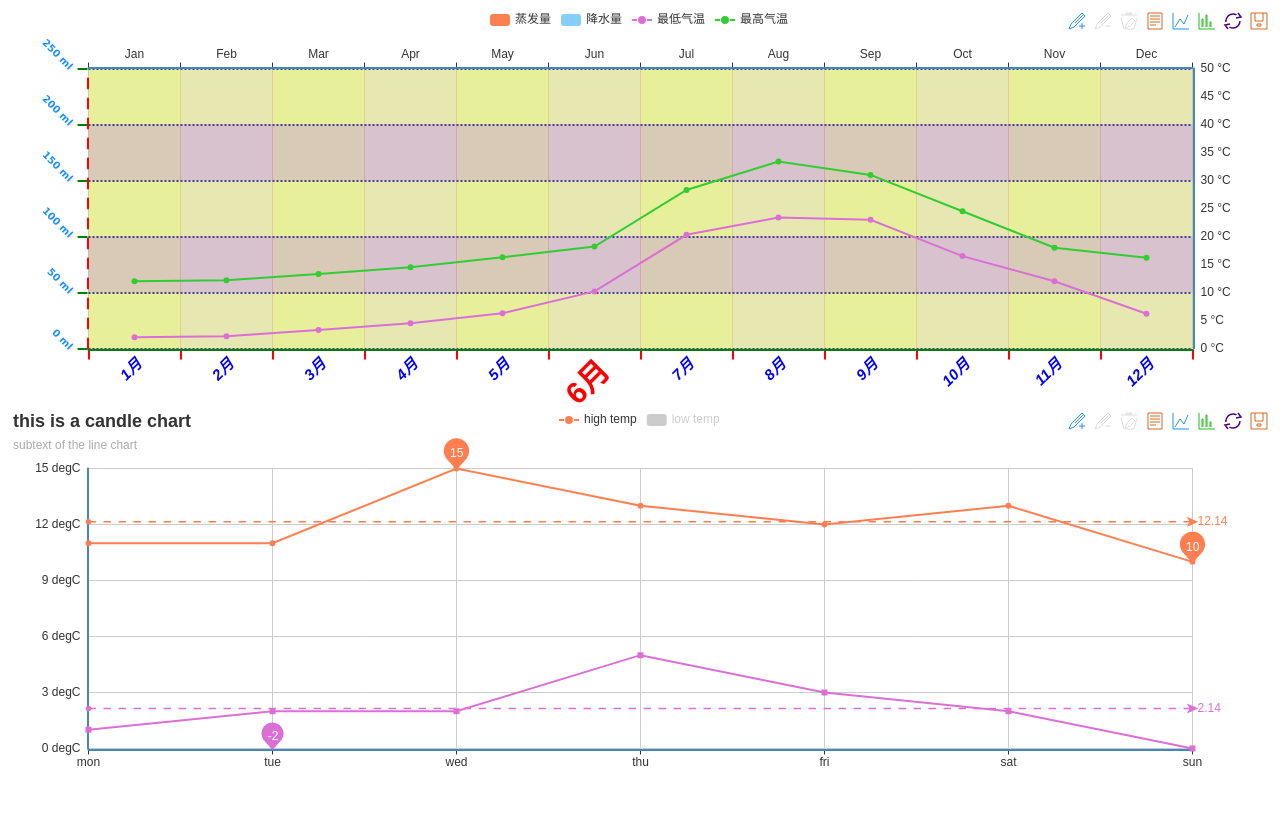
Repository: shutterfly2011/apache
Page: eChartTest/WebContent/eChart1.html
These files come from the project's save history. The page is drawn as it stood at one moment and after the next save; the edit follows.
The browser window is 1280 px wide. The pictures show the whole page.

Above is the page before, as saved 2015-10-02 02:44:43.

### eChartTest/WebContent/eChart1.html
<!DOCTYPE html>
<head>
    <meta charset="utf-8">
    <title>ECharts</title>
</head>
<body>
    <!-- Prepare a Dom with size (width and height) for ECharts -->
    <div id="mainChart" style="height:400px"></div>
    <div id="2ndChart" style="height:400px"></div>
    <!-- ECharts import -->
    <script src="js/echarts.js"></script>
    <script type="text/javascript">
        // configure for module loader
        require.config({
            paths: {
                echarts: 'js'
            }
        });

        // use
        require(
            [
                'echarts',
                'echarts/chart/line', 'echarts/chart/line' // require the specific chart type
            ],
            function (ec) {
                // Initialize after dom ready
                var myChart = ec.init(document.getElementById('mainChart'));

                option = {
                	    tooltip : {
                	        trigger: 'axis'
                	    },
                	    legend: {
                	        data:['蒸发量','降水量','最低气温','最高气温']
                	    },
                	    toolbox: {
                	        show : true,
                	        feature : {
                	            mark : {show: true},
                	            dataView : {show: true},
                	            magicType : {show: true, type: ['line', 'bar']},
                	            restore : {show: true},
                	            saveAsImage : {show: true}
                	        }
                	    },
                	    xAxis : [
                	        {
                	            type : 'category',
                	            position: 'bottom',
                	            boundaryGap: true,
                	            axisLine : {    // 轴线
                	                show: true,
                	                lineStyle: {
                	                    color: 'green',
                	                    type: 'solid',
                	                    width: 2
                	                }
                	            },
                	            axisTick : {    // 轴标记
                	                show:true,
                	                length: 10,
                	                lineStyle: {
                	                    color: 'red',
                	                    type: 'solid',
                	                    width: 2
                	                }
                	            },
                	            axisLabel : {
                	                show:true,
                	                interval: 'auto',    // {number}
                	                rotate: 45,
                	                margin: 8,
                	                formatter: '{value}月',
                	                textStyle: {
                	                    color: 'blue',
                	                    fontFamily: 'sans-serif',
                	                    fontSize: 15,
                	                    fontStyle: 'italic',
                	                    fontWeight: 'bold'
                	                }
                	            },
                	            splitLine : {
                	                show:true,
                	                lineStyle: {
                	                    color: '#483d8b',
                	                    type: 'dashed',
                	                    width: 1
                	                }
                	            },
                	            splitArea : {
                	                show: true,
                	                areaStyle:{
                	                    color:['rgba(144,238,144,0.3)','rgba(135,200,250,0.3)']
                	                }
                	            },
                	            data : [
                	                '1','2','3','4','5',
                	                {
                	                    value:'6',
                	                    textStyle: {
                	                        color: 'red',
                	                        fontSize: 30,
                	                        fontStyle: 'normal',
                	                        fontWeight: 'bold'
                	                    }
                	                },
                	                '7','8','9','10','11','12'
                	            ]
                	        },
                	        {
                	            type : 'category',
                	            data : ['Jan','Feb','Mar','Apr','May','Jun','Jul','Aug','Sep','Oct','Nov','Dec']
                	        }
                	    ],
                	    yAxis : [
                	        {
                	            type : 'value',
                	            position: 'left',
                	            //min: 0,
                	            //max: 300,
                	            //splitNumber: 5,
                	            boundaryGap: [0,0.1],
                	            axisLine : {    // 轴线
                	                show: true,
                	                lineStyle: {
                	                    color: 'red',
                	                    type: 'dashed',
                	                    width: 2
                	                }
                	            },
                	            axisTick : {    // 轴标记
                	                show:true,
                	                length: 10,
                	                lineStyle: {
                	                    color: 'green',
                	                    type: 'solid',
                	                    width: 2
                	                }
                	            },
                	            axisLabel : {
                	                show:true,
                	                interval: 'auto',    // {number}
                	                rotate: -45,
                	                margin: 18,
                	                formatter: '{value} ml',    // Template formatter!
                	                textStyle: {
                	                    color: '#1e90ff',
                	                    fontFamily: 'verdana',
                	                    fontSize: 10,
                	                    fontStyle: 'normal',
                	                    fontWeight: 'bold'
                	                }
                	            },
                	            splitLine : {
                	                show:true,
                	                lineStyle: {
                	                    color: '#483d8b',
                	                    type: 'dotted',
                	                    width: 2
                	                }
                	            },
                	            splitArea : {
                	                show: true,
                	                areaStyle:{
                	                    color:['rgba(205,92,92,0.3)','rgba(255,215,0,0.3)']
                	                }
                	            }
                	        },
                	        {
                	            type : 'value',
                	            splitNumber: 10,
                	            axisLabel : {
                	                formatter: function (value) {
                	                    // Function formatter
                	                    return value + ' °C'
                	                }
                	            },
                	            splitLine : {
                	                show: false
                	            }
                	        }
                	    ],
                	    series : [
                	        {
                	            name: '蒸发量',
                	            type: 'bar',
                	            data:[2.0, 4.9, 7.0, 23.2, 25.6, 76.7, 135.6, 162.2, 32.6, 20.0, 6.4, 3.3]
                	        },
                	        {
                	            name: '降水量',
                	            type: 'bar',
                	            data: [2.6, 5.9, 9.0, 26.4, 28.7, 70.7, 175.6, 182.2, 48.7, 18.8, 6.0, 2.3]
                	        },
                	        {
                	            name:'最低气温',
                	            type: 'line',
                	            yAxisIndex: 1,
                	            data: [2.0, 2.2, 3.3, 4.5, 6.3, 10.2, 20.3, 23.4, 23.0, 16.5, 12.0, 6.2]
                	        },
                	        {
                	            name:'最高气温',
                	            type: 'line',
                	            xAxisIndex: 1,
                	            yAxisIndex: 1,
                	            data: [12.0, 12.2, 13.3, 14.5, 16.3, 18.2, 28.3, 33.4, 31.0, 24.5, 18.0, 16.2]
                	        }
                	    ]
                	};

                // Load data into the ECharts instance
                myChart.setOption(option);
            }
        );

        require(
                [
                 'echarts',
                 'echarts/chart/line' // require the specific chart type
             ],
             function(ec2){
                var myChart = ec2.init(document.getElementById("2ndChart"));
                var option = {
                	title:{
                		text: "this is a candle chart",
                		subtext:"subtext of the line chart"
                	},
                	legend:{
                		data:['high temp','low temp']

                	},
                	toolbox:{
                		show:true,
                		feature:{
                			mark:{show:true},
                			dataView:{show:true, readOnly:false},
                			magicType:{show:true, type:['line','bar']},
                			restore:{show:true},
                			saveAsImage:{show:true}

                		}

                	},
                	calculable:true,
                	xAxis:[
                	       {
                	    	   type:'category',
                	    	   boundaryGap:false,
                	    	   data: ['mon','tue','wed','thu','fri','sat','sun']
                	       }
                	       ],
                	yAxis:[
 						{
 							type:'value',
 							axisLabel:{
 								formatter:'{value} degC'
 							}
 						}
                	       ],
                	series:[
                   	       {
                	    	   name:'high temp',
                	    	   type:'line',
                	    	   data:[11,11,15,13,12,13,10],
                	    	   markPoint:{
                	    		   data:[
                	    		         {type:'max', name:'max value'},
                	    		         {type:'min', name:'min value'}
                	    		         ]

                	    	   },
                	    	   markLine:{
                	    		   data:[
                	    	   			{type:'average', name:'average value'}
                	    		         ]
                	    	   }

                	       },
                	       {
                	    	   name:'low temperature',
                	    	   type:'line',
                	    	   data:[1,02,2,5,3,2,0],
                	    	   markPoint:{
                	    		   data:[
                	    		         {name:'week low',value:-2, xAxis:1, yAxis:-1.5}
                	    		         ]

                	    	   },
                	    	   markLine:{
                	    		   data:[{type:'average',name:'average temperature'}]
                	    	   }

                	       }
                	   ]


                };
                myChart.setOption(option);

                }

        );
    </script>
</body>

Loaded but not shown: eChartTest/WebContent/js/echarts.js (library); eChartTest/WebContent/js/chart/line.js (library); eChartTest/WebContent/js/chart/bar.js (library)

After the next save:
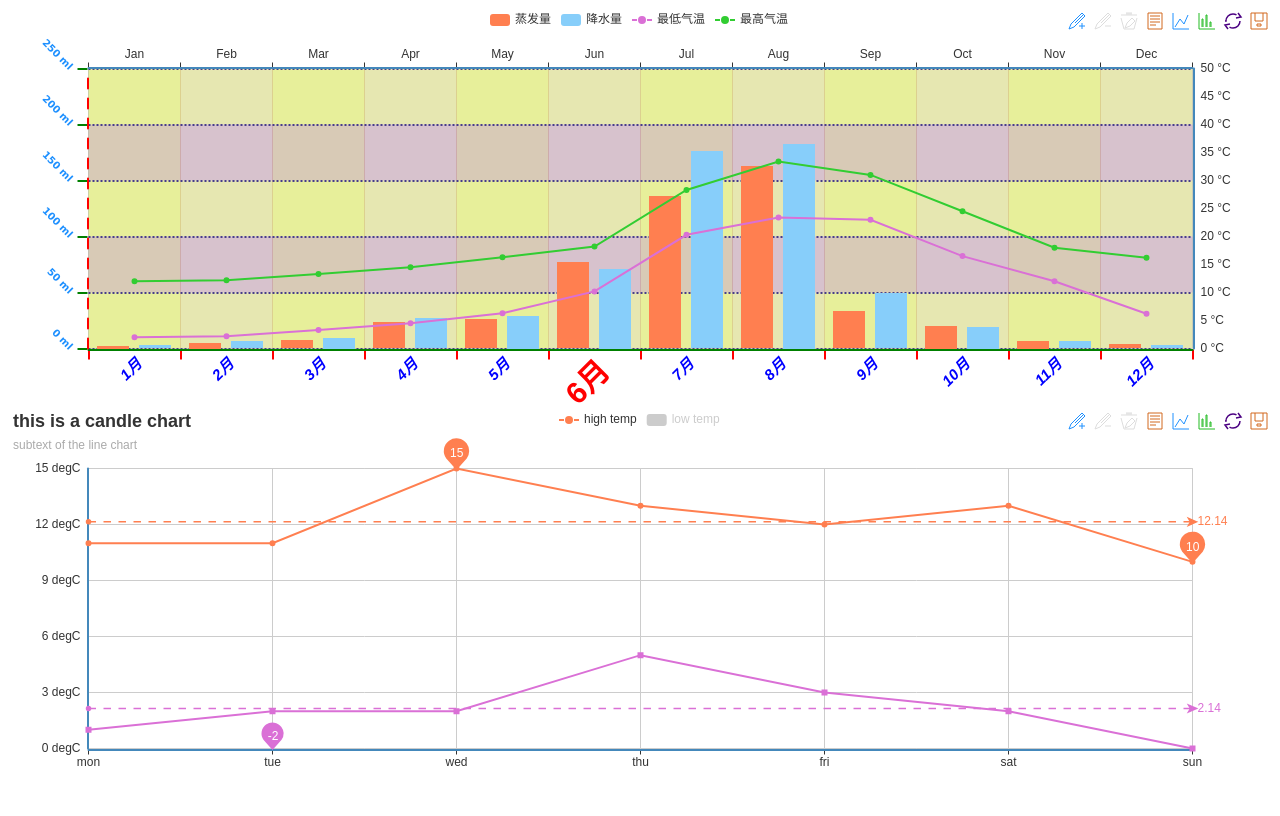
Saved 4 s later.
--- a/eChartTest/WebContent/eChart1.html
+++ b/eChartTest/WebContent/eChart1.html
@@ -21,7 +21,7 @@
         require(
             [
                 'echarts',
-                'echarts/chart/line', 'echarts/chart/line' // require the specific chart type
+                'echarts/chart/line', 'echarts/chart/bar' // require the specific chart type
             ],
             function (ec) {
                 // Initialize after dom ready
